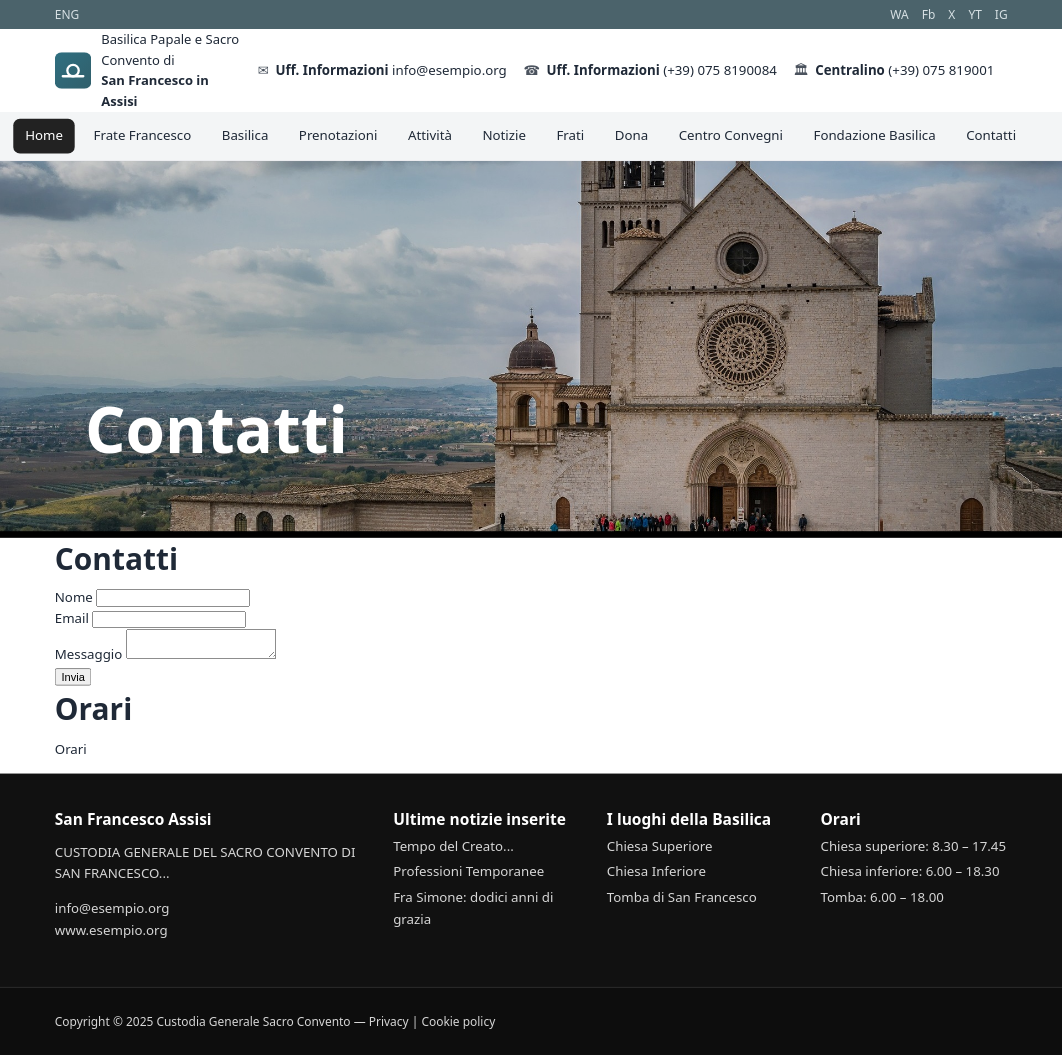
Repository: leacappello/basilica-platform-project
Page: pages/contatti.html
The author's editor kept a copy of each file at every save. The page is drawn from the files as they stood at one save, then again after the next save.
The browser window is 1280 px wide. The pictures show the whole page, at 83% of full size.

Above is the page before, as saved 2025-09-17 09:28:48.
Console error (its wording comes from the project's code and is left out).

After the next save:
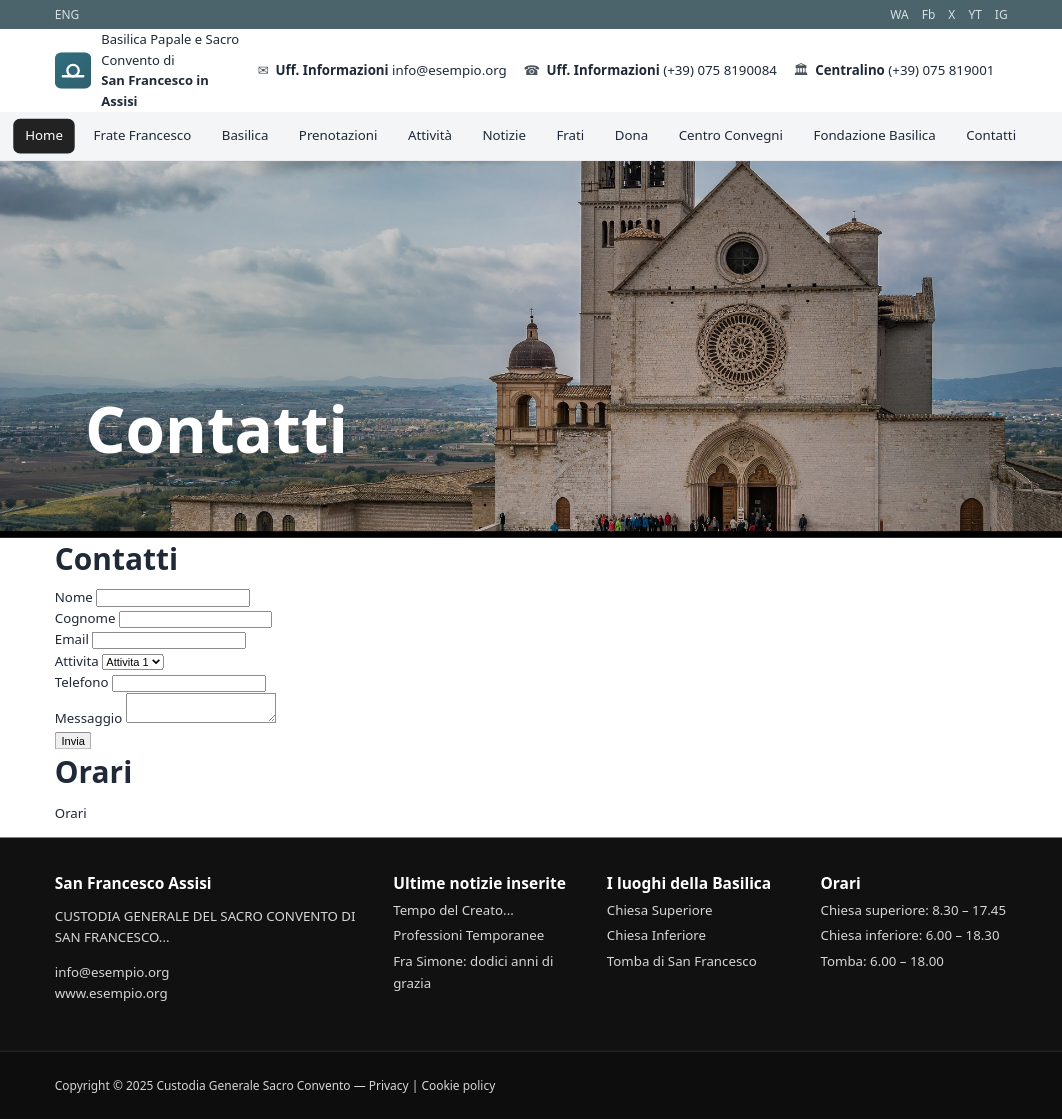
Saved 2 min 41 s later.
--- a/pages/contatti.html
+++ b/pages/contatti.html
@@ -167,18 +167,40 @@
                     <div class="form">
                         <h2>Contatti</h2>
                         <form>
-                            <div>
-                                <label for="name">Nome</label>
-                                <input type="text" id="name" name="name">
-                            </div>
-                            <div>
+                            <!-- nome -->
+                            <div>
+                                <label for="nome">Nome</label>
+                                <input type="text" id="nome" name="nome">
+                            </div>
+                            <!-- cognome -->
+                            <div>
+                                <label for="cognome">Cognome</label>
+                                <input type="text" id="cognome" name="cognome">
+                            </div>
+                            <!-- email -->
+                                                        <div>
                                 <label for="email">Email</label>
                                 <input type="email" id="email" name="email">
                             </div>
-                            <div>
-                                <label for="message">Messaggio</label>
-                                <textarea id="message" name="message"></textarea>
-                            </div>
+                            <!-- select con attività -->
+                            <div>
+                                <label for="attivita">Attivita</label>
+                                <select id="attivita" name="attivita">
+                                    <option value="attivita1">Attivita 1</option>
+                                    <option value="attivita2">Attivita 2</option>
+                                    <option value="attivita3">Attivita 3</option>
+                                </select>
+                            </div>
+                            <!-- telefono -->
+                            <div>
+                                <label for="telefono">Telefono</label>
+                                <input type="tel" id="telefono" name="telefono">
+                            </div>
+                            <div>
+                                <label for="messaggio">Messaggio</label>
+                                <textarea id="messaggio" name="messaggio"></textarea>
+                            </div>
+
                             <button type="submit">Invia</button>
                         </form>
                     </div>
